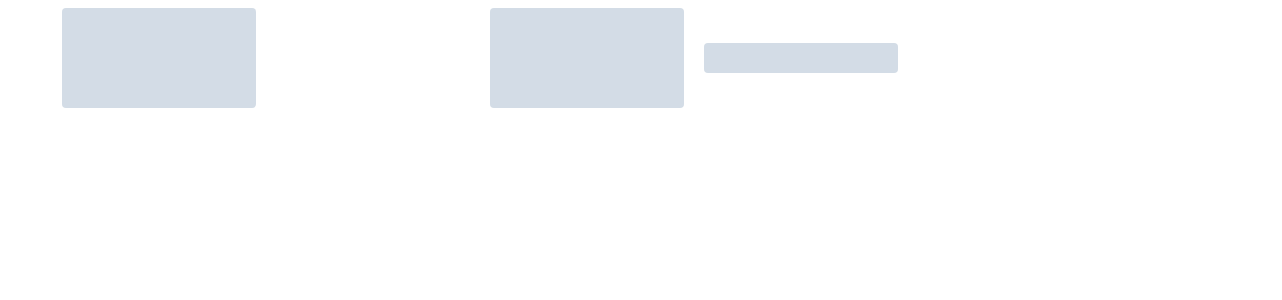
Repository: lagezhou888/element-vue2
Page: /#/button
The author's editor kept a copy of each file at every save. The page is drawn from the files as they stood at one save, then again after the next save.
The browser window is 1280 px wide. The page is 1282 px wide, so the pictures cover 1282 px, including what lies to the right of the window. The pictures show the whole page.
The project was rebuilt for these pictures with package versions that can differ from the ones it lists, and the page was loaded fresh each time. Also part of the build but not shown: src/components/HelloWorld.vue, src/views/Home.vue.

Above is the page before, as saved 2021-05-13 11:32:07.

### src/main.js
import Vue from 'vue'
import ElementUI from 'element-ui'
import 'element-ui/lib/theme-chalk/index.css'
import App from './App.vue'

// fade/zoom 等
import 'element-ui/lib/theme-chalk/base.css'
// collapse 展开折叠
import CollapseTransition from 'element-ui/lib/transitions/collapse-transition'

import router from './router'
import store from './store'
import '@/plugins/element.js'

Vue.component(CollapseTransition.name, CollapseTransition)
Vue.use(ElementUI, { size: 'small', zIndex: 3000 })
Vue.use(ElementUI)
Vue.config.productionTip = false

new Vue({
  router,
  store,
  render: h => h(App)
}).$mount('#app')

### src/App.vue
<template>
  <div id="app">
    <!-- <div id="nav">
      <router-link to="/">Home</router-link> |
      <router-link to="/about">About</router-link>
    </div> -->
    <router-view/>
  </div>
</template>

<style lang="less">
#app {
  font-family: Avenir, Helvetica, Arial, sans-serif;
  -webkit-font-smoothing: antialiased;
  -moz-osx-font-smoothing: grayscale;
  text-align: center;
  color: #2c3e50;
}

#nav {
  padding: 30px;

  a {
    font-weight: bold;
    color: #2c3e50;

    &.router-link-exact-active {
      color: #42b983;
    }
  }
}
</style>

### src/router/index.js
import Vue from 'vue'
import VueRouter from 'vue-router'
import Home from '../views/Home.vue'

Vue.use(VueRouter)

const routes = [
  {
    path: '/',
    name: 'Home',
    component: Home
  },
  {
    path: '/about',
    name: 'About',
    // route level code-splitting
    // this generates a separate chunk (about.[hash].js) for this route
    // which is lazy-loaded when the route is visited.
    component: () => import(/* webpackChunkName: "about" */ '../views/About.vue')
  },
  {
    path: '/button',
    name: 'button',
    component: () => import('../views/components/use-button.vue')
  }
]

const router = new VueRouter({
  routes
})

export default router

### src/plugins/element.js
import Vue from 'vue'
import {
  Pagination,
  Dialog,
  Autocomplete,
  Dropdown,
  DropdownMenu,
  DropdownItem,
  Menu,
  Submenu,
  MenuItem,
  MenuItemGroup,
  Input,
  InputNumber,
  Radio,
  RadioGroup,
  RadioButton,
  Checkbox,
  CheckboxButton,
  CheckboxGroup,
  Switch,
  Select,
  Option,
  OptionGroup,
  Button,
  ButtonGroup,
  Table,
  TableColumn,
  DatePicker,
  TimeSelect,
  TimePicker,
  Popover,
  Tooltip,
  Breadcrumb,
  BreadcrumbItem,
  Form,
  FormItem,
  Tabs,
  TabPane,
  Tag,
  Tree,
  Alert,
  Slider,
  Icon,
  Row,
  Col,
  Upload,
  Progress,
  Spinner,
  Badge,
  Card,
  Rate,
  Steps,
  Step,
  Carousel,
  CarouselItem,
  Collapse,
  CollapseItem,
  Cascader,
  ColorPicker,
  Transfer,
  Container,
  Header,
  Aside,
  Main,
  Footer,
  Timeline,
  TimelineItem,
  Link,
  Divider,
  Image,
  Calendar,
  Backtop,
  PageHeader,
  CascaderPanel,
  Loading,
  MessageBox,
  Message,
  Notification
} from 'element-ui'

Vue.use(Pagination)
Vue.use(Dialog)
Vue.use(Autocomplete)
Vue.use(Dropdown)
Vue.use(DropdownMenu)
Vue.use(DropdownItem)
Vue.use(Menu)
Vue.use(Submenu)
Vue.use(MenuItem)
Vue.use(MenuItemGroup)
Vue.use(Input)
Vue.use(InputNumber)
Vue.use(Radio)
Vue.use(RadioGroup)
Vue.use(RadioButton)
Vue.use(Checkbox)
Vue.use(CheckboxButton)
Vue.use(CheckboxGroup)
Vue.use(Switch)
Vue.use(Select)
Vue.use(Option)
Vue.use(OptionGroup)
Vue.use(Button)
Vue.use(ButtonGroup)
Vue.use(Table)
Vue.use(TableColumn)
Vue.use(DatePicker)
Vue.use(TimeSelect)
Vue.use(TimePicker)
Vue.use(Popover)
Vue.use(Tooltip)
Vue.use(Breadcrumb)
Vue.use(BreadcrumbItem)
Vue.use(Form)
Vue.use(FormItem)
Vue.use(Tabs)
Vue.use(TabPane)
Vue.use(Tag)
Vue.use(Tree)
Vue.use(Alert)
Vue.use(Slider)
Vue.use(Icon)
Vue.use(Row)
Vue.use(Col)
Vue.use(Upload)
Vue.use(Progress)
Vue.use(Spinner)
Vue.use(Badge)
Vue.use(Card)
Vue.use(Rate)
Vue.use(Steps)
Vue.use(Step)
Vue.use(Carousel)
Vue.use(CarouselItem)
Vue.use(Collapse)
Vue.use(CollapseItem)
Vue.use(Cascader)
Vue.use(ColorPicker)
Vue.use(Transfer)
Vue.use(Container)
Vue.use(Header)
Vue.use(Aside)
Vue.use(Main)
Vue.use(Footer)
Vue.use(Timeline)
Vue.use(TimelineItem)
Vue.use(Link)
Vue.use(Divider)
Vue.use(Image)
Vue.use(Calendar)
Vue.use(Backtop)
Vue.use(PageHeader)
Vue.use(CascaderPanel)

Vue.use(Loading.directive)

Vue.prototype.$loading = Loading.service
Vue.prototype.$msgbox = MessageBox
Vue.prototype.$alert = MessageBox.alert
Vue.prototype.$confirm = MessageBox.confirm
Vue.prototype.$prompt = MessageBox.prompt
Vue.prototype.$notify = Notification
Vue.prototype.$message = Message

### src/views/components/use-button.vue
<template>
  <div>
    <el-row :gutter="20" tag="span" type="flex" align="middle" justify="start">
      <el-col :span="4" :offset="1"><div class="grid-content bg-purple"></div></el-col>
      <el-col :span="4"><div class="kong">&nbsp;</div></el-col>
      <el-col :span="4"><div class="grid-content bg-purple"></div></el-col>
      <el-col :span="4"><div class="grid-content-last bg-purple"></div></el-col>
    </el-row>
  </div>
</template>

<script>
export default ({

})
</script>

<style lang="less" scoped>
  @minH: 100px;
  .bg-purple {
    background: #d3dce6;
  }
  .grid-content {
    border-radius: 4px;
    min-height: @minH;
  }
  .grid-content-last {
    border-radius: 4px;
    min-height: 30px;
  }
  .kong {
    min-height: 1px;
  }
</style>

Loaded but not shown: public/index.html (common file); src/store/index.js (common file)

After the next save:
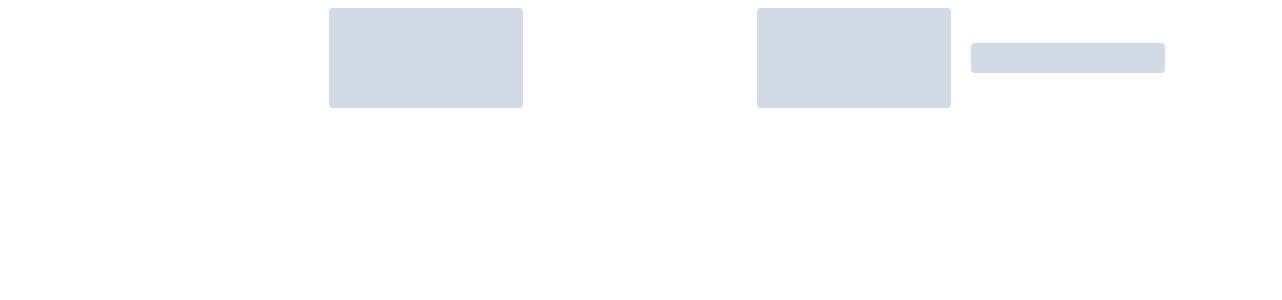
Saved 11 s later.
--- a/src/views/components/use-button.vue
+++ b/src/views/components/use-button.vue
@@ -1,7 +1,7 @@
 <template>
   <div>
     <el-row :gutter="20" tag="span" type="flex" align="middle" justify="start">
-      <el-col :span="4" :offset="1"><div class="grid-content bg-purple"></div></el-col>
+      <el-col :span="4" :offset="6"><div class="grid-content bg-purple"></div></el-col>
       <el-col :span="4"><div class="kong">&nbsp;</div></el-col>
       <el-col :span="4"><div class="grid-content bg-purple"></div></el-col>
       <el-col :span="4"><div class="grid-content-last bg-purple"></div></el-col>
